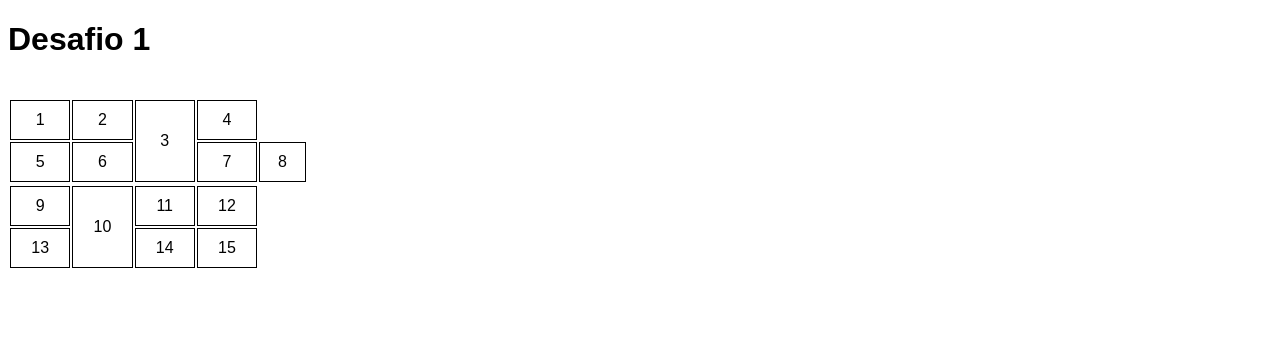
Repository: railsondev/html-css
Page: Módulo3/Desafio/D02 - tabela A/tabelaa.html
These files come from the project's save history. The page is drawn as it stood at one moment and after a run of saves; the edit follows.
The browser window is 1280 px wide. The pictures show the whole page.

Above is the page before, as saved 2024-10-19 22:04:41.

### Módulo3/Desafio/D02 - tabela A/tabelaa.html
<!DOCTYPE html>
<html lang="pt-br">
<head>
  <meta charset="UTF-8">
  <meta name="viewport" content="width=device-width, initial-scale=1.0">
  <title>Desafio tabelas</title>
  <link rel="stylesheet" href="style.css">
</head>
<body>
  <h1>Desafio 1</h1>
  <br>
  <table>
      <tr>
        <td>1</td>
        <td>2</td>
        <td rowspan="2">3</td>
        <td>4</td>
      </tr>
      <tr>
        <td>5</td>
        <td>6</td>
        <td>7</td>
        <td colspan="3">8</td>
      </tr>
      <tr>

      </tr>
      <tr>
        <td>9</td>
        <td rowspan="2">10</td>
        <td>11</td>
        <td>12</td>
      </tr>
      <tr>
        <td>13</td>
        <td>14</td>
        <td>15</td>
      </tr>
  </table>
</body>
</html>

### Módulo3/Desafio/D02 - tabela A/style.css
@charset 'UTF-8';

body {
  font-family: Arial, Helvetica, sans-serif;
}

table {
  width: 300px;
  border-collapse: separate;
}

td {
  border: 1px solid black;
  padding: 10px;
  text-align: center;
  vertical-align: center;
}

After the next 2 saves:
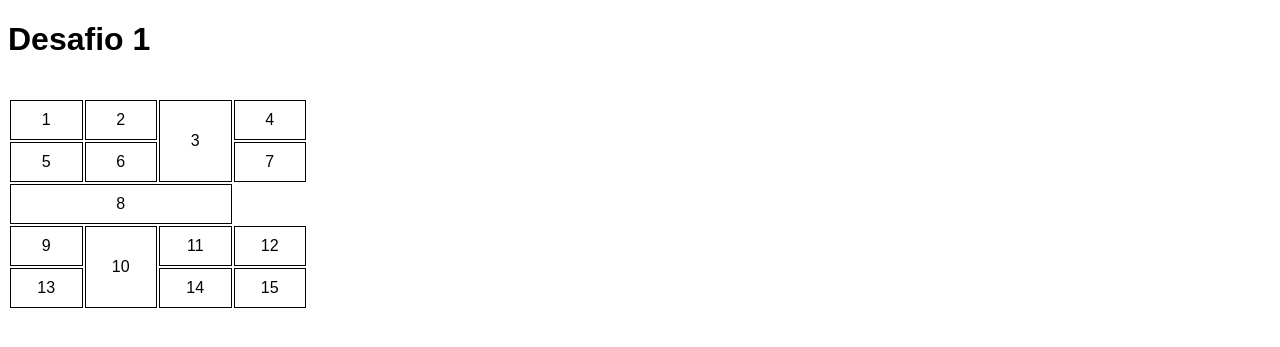
The 2 saves are shown as one change because they came seconds apart.
The last was saved 41 s later.
--- a/Módulo3/Desafio/D02 - tabela A/tabelaa.html
+++ b/Módulo3/Desafio/D02 - tabela A/tabelaa.html
@@ -20,10 +20,9 @@
         <td>5</td>
         <td>6</td>
         <td>7</td>
-        <td colspan="3">8</td>
       </tr>
       <tr>
-
+        <td colspan="3">8</td>
       </tr>
       <tr>
         <td>9</td>
